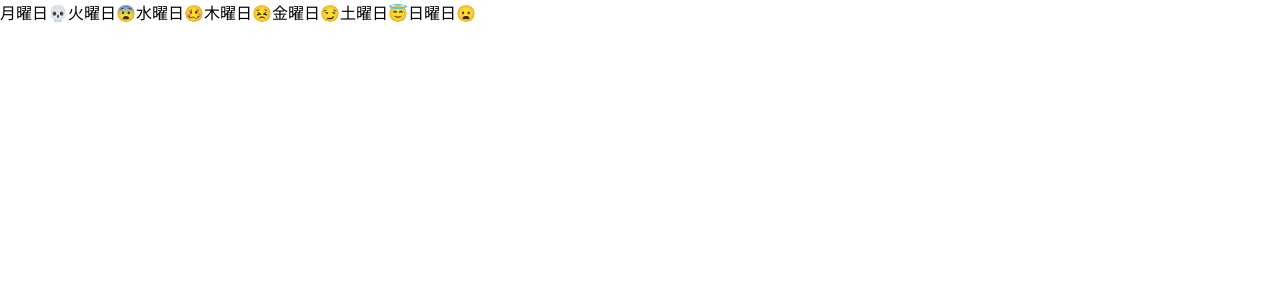
Repository: PUYIXIU/CSSMagic
Page: Animation/ScrollDrivenAnimation/ScrollProgressTimeline.html
These files come from the project's save history. The page is drawn as it stood at one moment and after the next save; the edit follows.
The browser window is 1280 px wide. The pictures show the whole page.

Above is the page before, as saved 2024-09-03 13:50:03.

### Animation/ScrollDrivenAnimation/ScrollProgressTimeline.html
<!DOCTYPE html>
<html lang="en">
<head>
    <meta charset="UTF-8">
    <meta name="viewport" content="width=device-width, initial-scale=1.0">
    <title>Document</title>
    <link rel="stylesheet" href="../../assets/styles/reset.css">
    <link rel="stylesheet" href="../../assets/styles/font.css">
    <style>
        .main-box{
            display: flex;
        }
        .kanban{

        }
    </style>
</head>
<body>
    <div class="progress"></div>
    <div class="main-box">
        <div class="kanban">月曜日💀</div>
        <div class="kanban">火曜日😨</div>
        <div class="kanban">水曜日🥴</div>
        <div class="kanban">木曜日😣</div>
        <div class="kanban">金曜日😏</div>
        <div class="kanban">土曜日😇</div>
        <div class="kanban">日曜日😦</div>
    </div>
</body>
</html>

### assets/styles/reset.css
*{
    padding:0;
    margin:0;
}
a{
    text-decoration: none;
}

### assets/styles/font.css
@font-face{
    font-family: 'Xiang Cui';
    font-style: light;
    font-display: swap;
    src:url(../fonts/香萃打字机体\ W15.ttf);
}
@font-face{
    font-family: 'Xiang Cui';
    font-style: normal;
    font-display: swap;
    src:url(../fonts/香萃打字机体\ W35.ttf);
}
@font-face{
    font-family: 'Xiang Cui';
    font-style: bold;
    font-display: swap;
    src:url(../fonts/香萃打字机体\ W40.ttf);
}

After the next save:
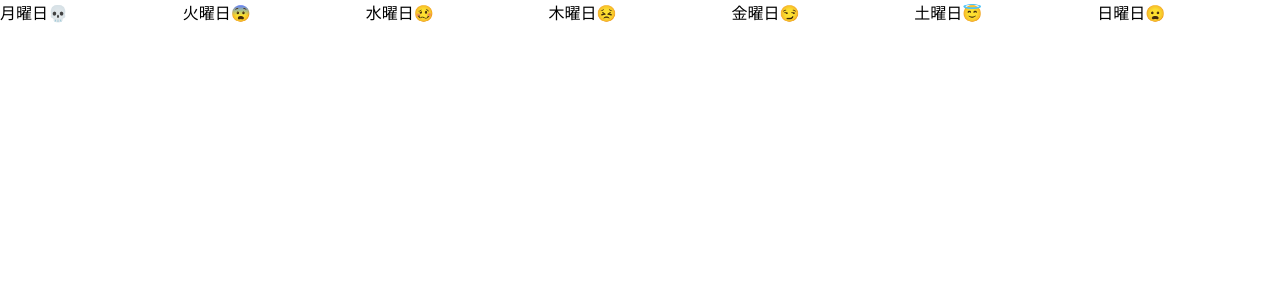
Saved 8 s later.
--- a/Animation/ScrollDrivenAnimation/ScrollProgressTimeline.html
+++ b/Animation/ScrollDrivenAnimation/ScrollProgressTimeline.html
@@ -11,7 +11,7 @@
             display: flex;
         }
         .kanban{
-
+            width:100vw;
         }
     </style>
 </head>
